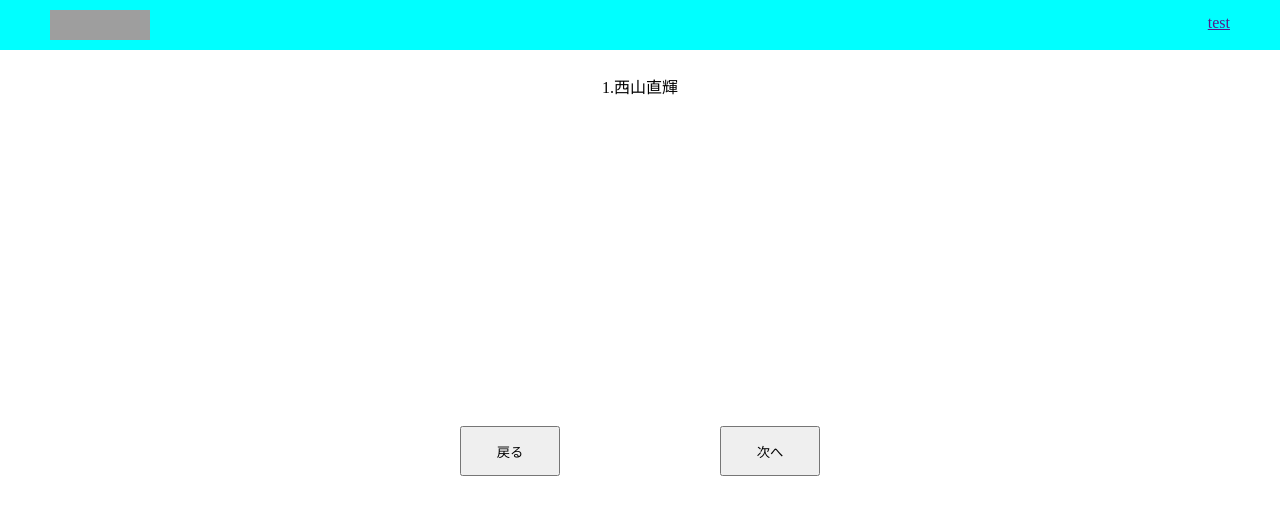
Repository: nn-nissy1010/rookie_hackathon_theme
Page: theme.html
The author's editor kept a copy of each file at every save. The page is drawn from the files as they stood at one save, then again after a run of saves.
The browser window is 1280 px wide. The pictures show the whole page.
After loading, the first visible `#next_1` was clicked once.
Pictures or frames that could not be fetched are drawn as grey boxes.

Above is the page before, as saved 2021-12-02 21:24:12.

After the next 4 saves:
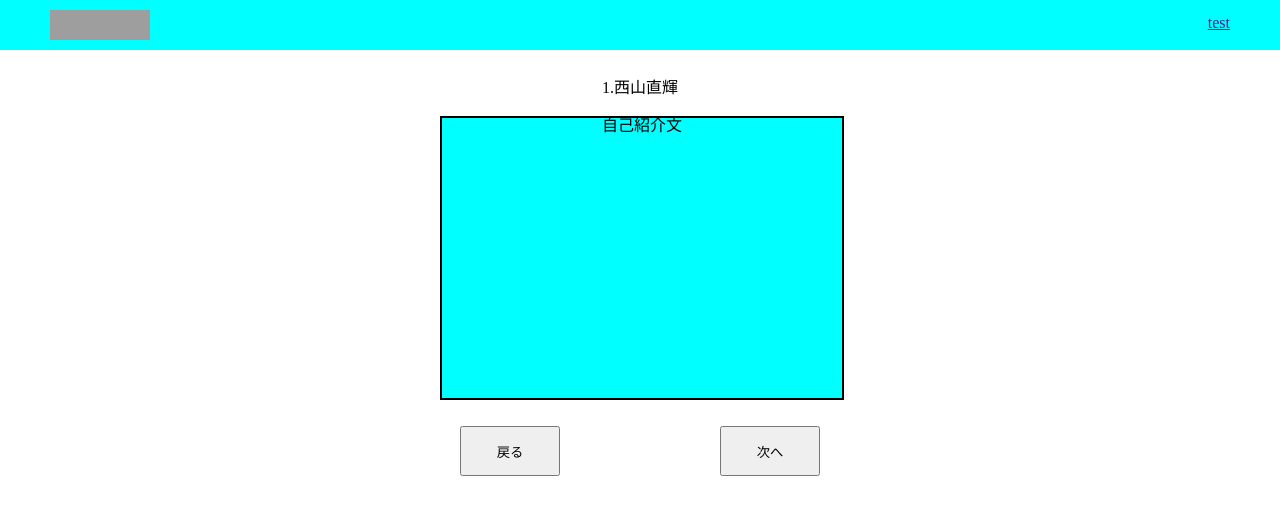
The 4 saves are shown as one change because they came seconds apart.
The last was saved 12 s later.
--- a/theme.js
+++ b/theme.js
@@ -12,5 +12,5 @@ function next(){
     self = document.getElementById('self_impression_1')
     favorite = document.getElementById('my_favorite_1')
     img.style.display='none'
-    self
+    self.style.display='block'
 }
